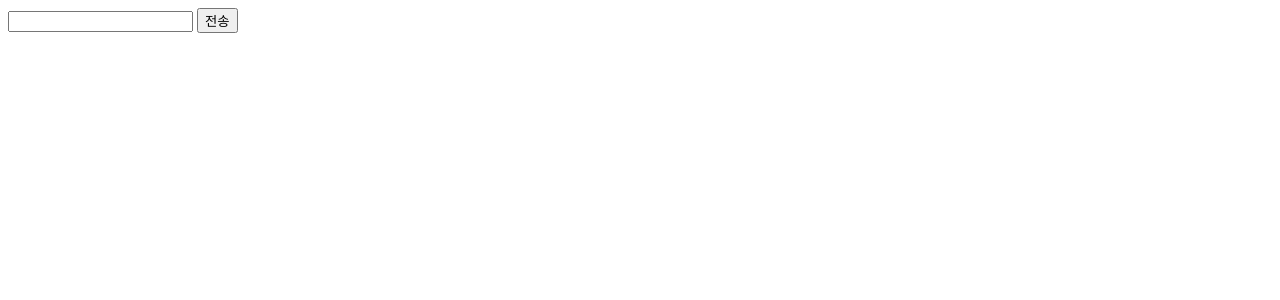
Repository: Baechangho/JavaBasic
Page: workspace_web/Front/src/main/webapp/jqEvent/jqEvent_03.html
The author's editor kept a copy of each file at every save. The page is drawn from the files as they stood at one save, then again after the next save.
The browser window is 1280 px wide. The pictures show the whole page.

Above is the page before, as saved 2023-08-10 03:20:28.
Console error: SyntaxError: Unexpected token '('

After the next save:
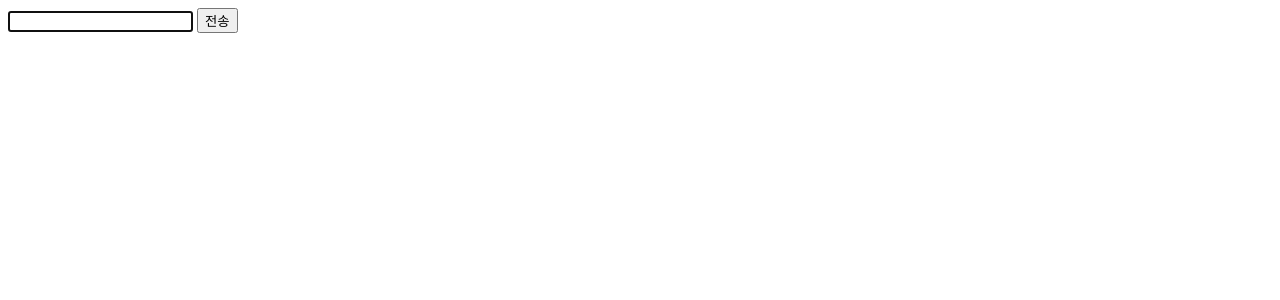
The error is gone.
Saved 5 s later.
--- a/workspace_web/Front/src/main/webapp/jqEvent/jqEvent_03.html
+++ b/workspace_web/Front/src/main/webapp/jqEvent/jqEvent_03.html
@@ -33,7 +33,7 @@ $(function() {
 		$("input[name~='msg']").focus()
 	})
 
-	$(".input").keydown.(function(){
+	$(".input").keydown(function(){
         if(key.keyCode==13) {
         	$("#btnSend").trigger("click")
         }
